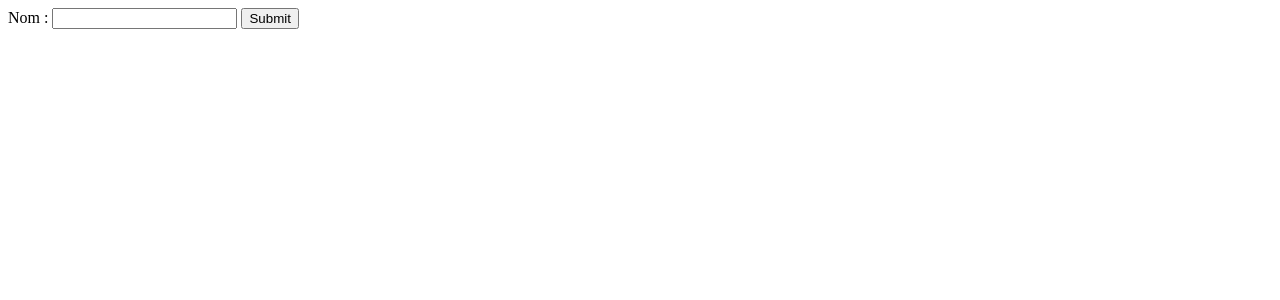
Repository: Kahefsay/javaEE
Page: http://localhost/ApsioTest/Login
These files come from the project's save history. The page is drawn as it stood at one moment and after the next save; the edit follows.
The browser window is 1280 px wide. The pictures show the whole page.
The page is served by Tomcat 9. Other server files are loaded and not shown.

Above is the page before, as saved 2018-02-02 13:31:11.

### ApsioTest/WebContent/WEB-INF/login.jsp
<!DOCTYPE html PUBLIC "-//W3C//DTD HTML 4.01 Transitional//EN" "http://www.w3.org/TR/html4/loose.dtd">
<html>
<head>
<meta http-equiv="Content-Type" content="text/html; charset=UTF-8">
<title>Identification</title>
</head>
<body>


<c:if test="${ !empty pseudo }">
	Bonjour <c:out value="${pseudo }"/>
</c:if>

<form method="post" action="Login">
	<label for="nom">Nom : </label>
	<input type="text" name="pseudo" id="pseudo"/>

	<input type="submit"/>
</form>

</body>
</html>

### ApsioTest/src/com/formation/servlets/Login.java
package com.formation.servlets;

import java.io.IOException;
import javax.servlet.ServletException;
import javax.servlet.annotation.WebServlet;
import javax.servlet.http.HttpServlet;
import javax.servlet.http.HttpServletRequest;
import javax.servlet.http.HttpServletResponse;

@WebServlet("/Login")
public class Login extends HttpServlet {
	private static final long serialVersionUID = 1L;

	private final static String VUE = "/WEB-INF/login.jsp";


	protected void doGet(HttpServletRequest request, HttpServletResponse response) throws ServletException, IOException {
		request.getServletContext().getRequestDispatcher(VUE).forward(request, response);
	}

	protected void doPost(HttpServletRequest request, HttpServletResponse response) throws ServletException, IOException {

		String pseudo = request.getParameter("pseudo");
		request.setAttribute("pseudo", pseudo);

		request.getServletContext().getRequestDispatcher(VUE).forward(request, response);
	}

}

Loaded but not shown: ApsioTest/WebContent/WEB-INF/maTagLib.jsp (common file)

After the next save:
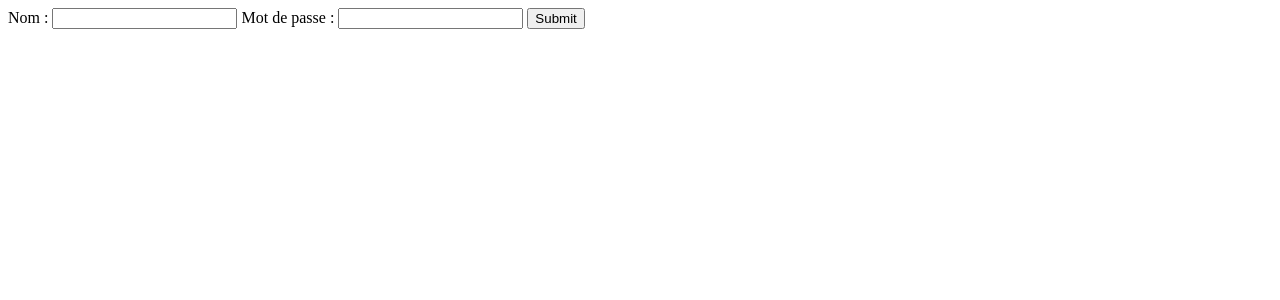
Saved 3 min 37 s later.
--- a/ApsioTest/WebContent/WEB-INF/login.jsp
+++ b/ApsioTest/WebContent/WEB-INF/login.jsp
@@ -15,6 +15,9 @@
 	<label for="nom">Nom : </label>
 	<input type="text" name="pseudo" id="pseudo"/>
 
+	<label for="password">Mot de passe : </label>
+	<input type="password" name="password" id="password" />
+
 	<input type="submit"/>
 </form>
 
